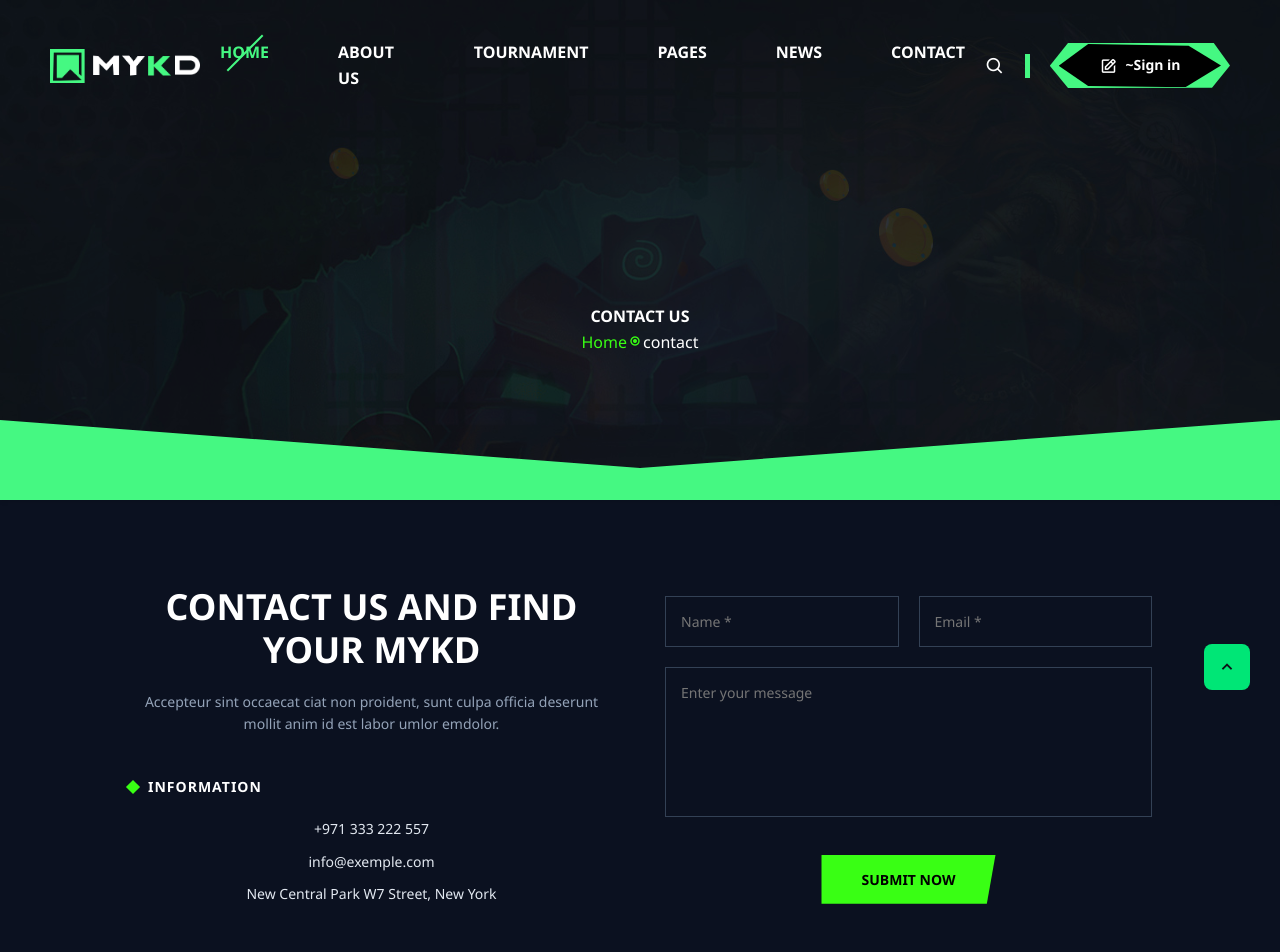
Repository: elfahl52/-MYKD-eSport-and-Gaming
Page: contact.html
An editor plug-in stored every save of this project. The page is shown before and after the next save, followed by the edit.
The browser window is 1280 px wide. The pictures show the part of the page from y = 0 to 952 px (the page is 1882 px tall).
Some web fonts or font styles are not loaded; a fallback is used.

Above is the page before, as saved 2026-06-11 08:31:44.

After the next save:
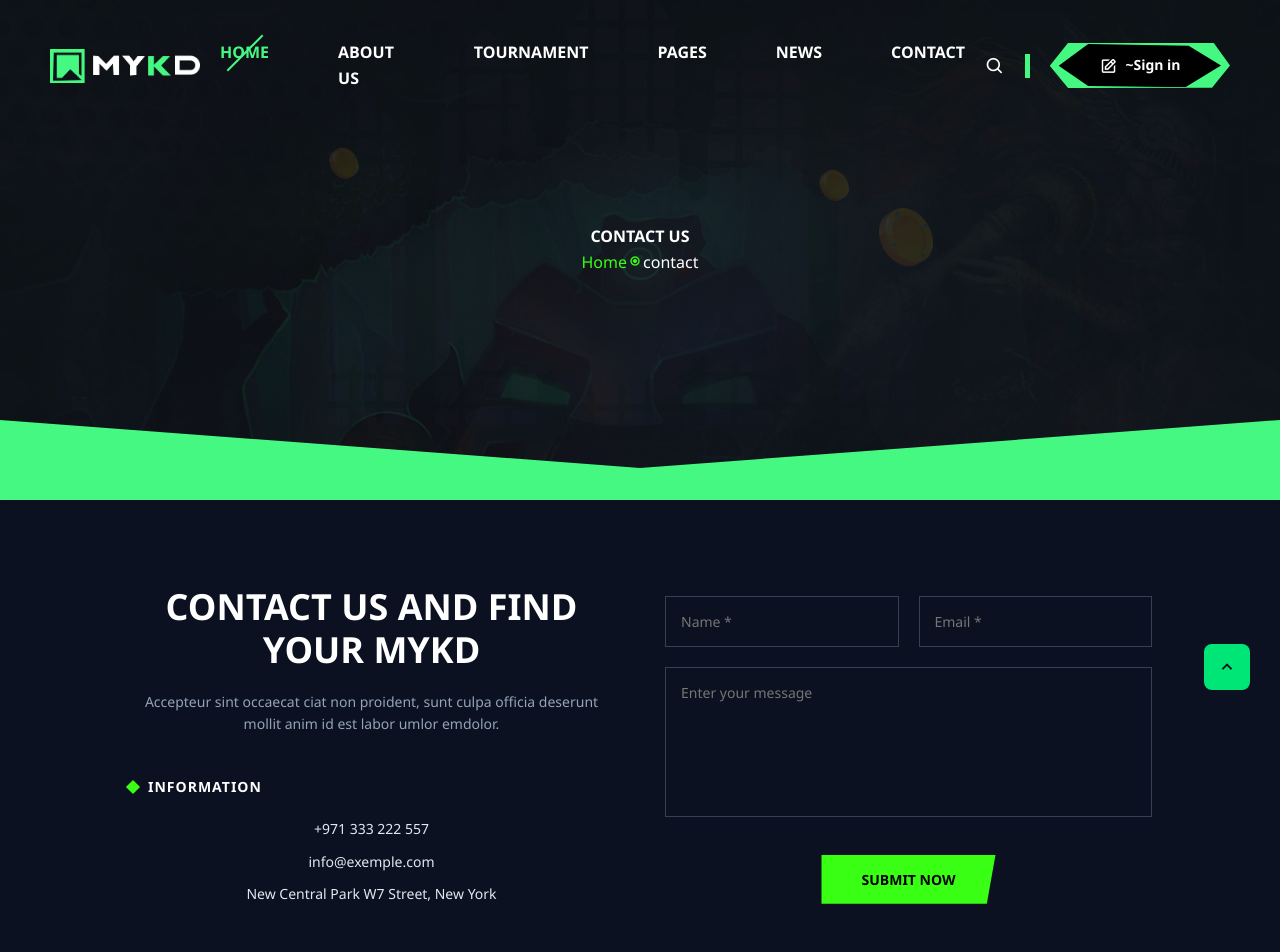
Saved 5 s later.
--- a/css/contact.css
+++ b/css/contact.css
@@ -20,7 +20,7 @@ header {
 }
 header .content {
   text-align: center;
-  margin: 80px auto;
+  /* margin: 80px auto; */
   position:  absolute;
   top: 50%;
   left: 50%;
